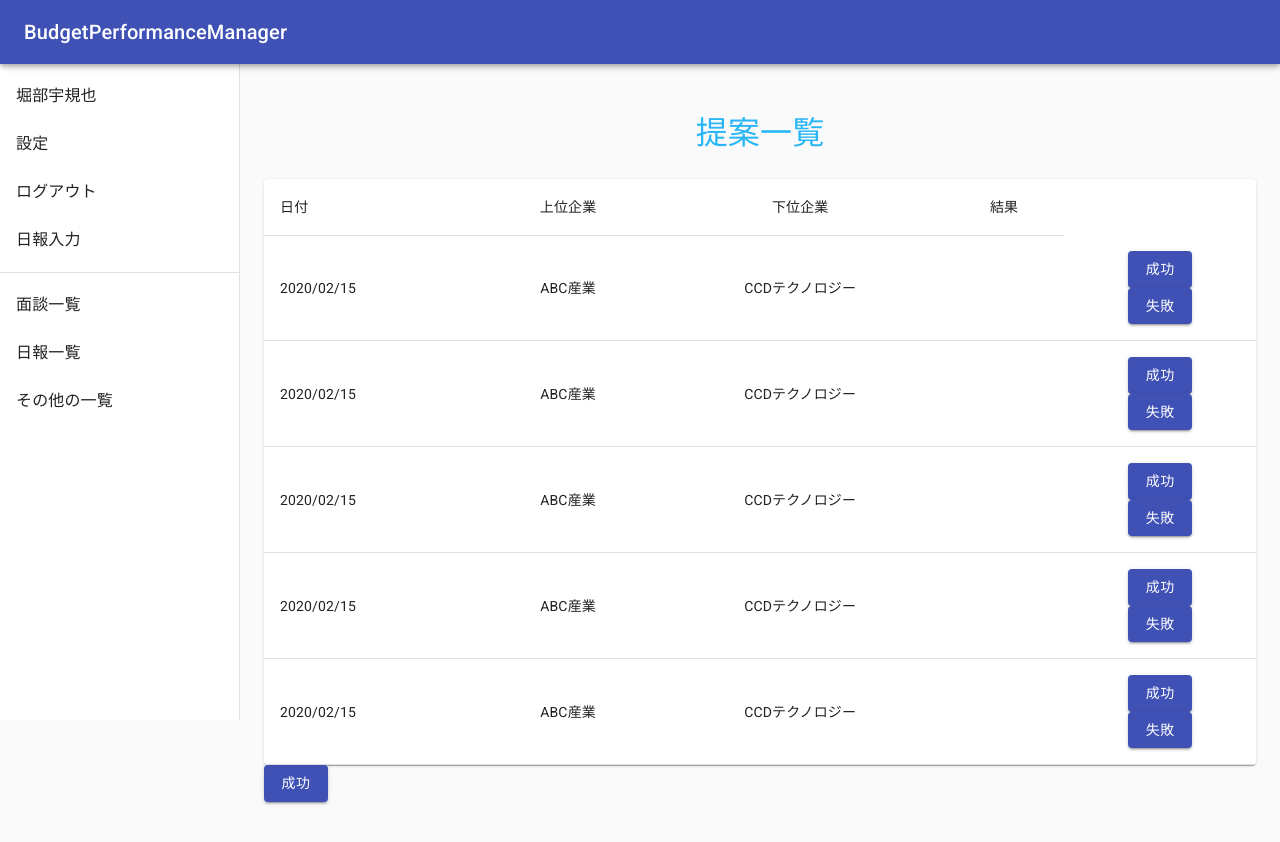
Repository: ukiyah/test
Page: / (app in src/)
An editor plug-in stored every save of this project. The page is shown before and after a run of saves, followed by the edit.
The browser window is 1280 px wide. The pictures show the whole page.
The project was rebuilt for these pictures with package versions that can differ from the ones it lists, and the page was loaded fresh each time. Also part of the build but not shown: src/material-dashboard-react.js, src/Navbars/ref_AdminNavbarLinks/customInputStyle.js, src/Navbars/ref_AdminNavbarLinks/CustomInput.js, src/Navbars/ref_AdminNavbarLinks/buttonStyle.js, src/Navbars/ref_AdminNavbarLinks/Button.js, src/Navbars/ref_AdminNavbarLinks/dropdownStyle.js, src/Navbars/ref_AdminNavbarLinks/headerLinksStyle.js, src/Navbars/AdminNavbarLinks.js and 4 more.

Above is the page before, as saved 2020-02-20 19:26:12.

After the next 4 saves:
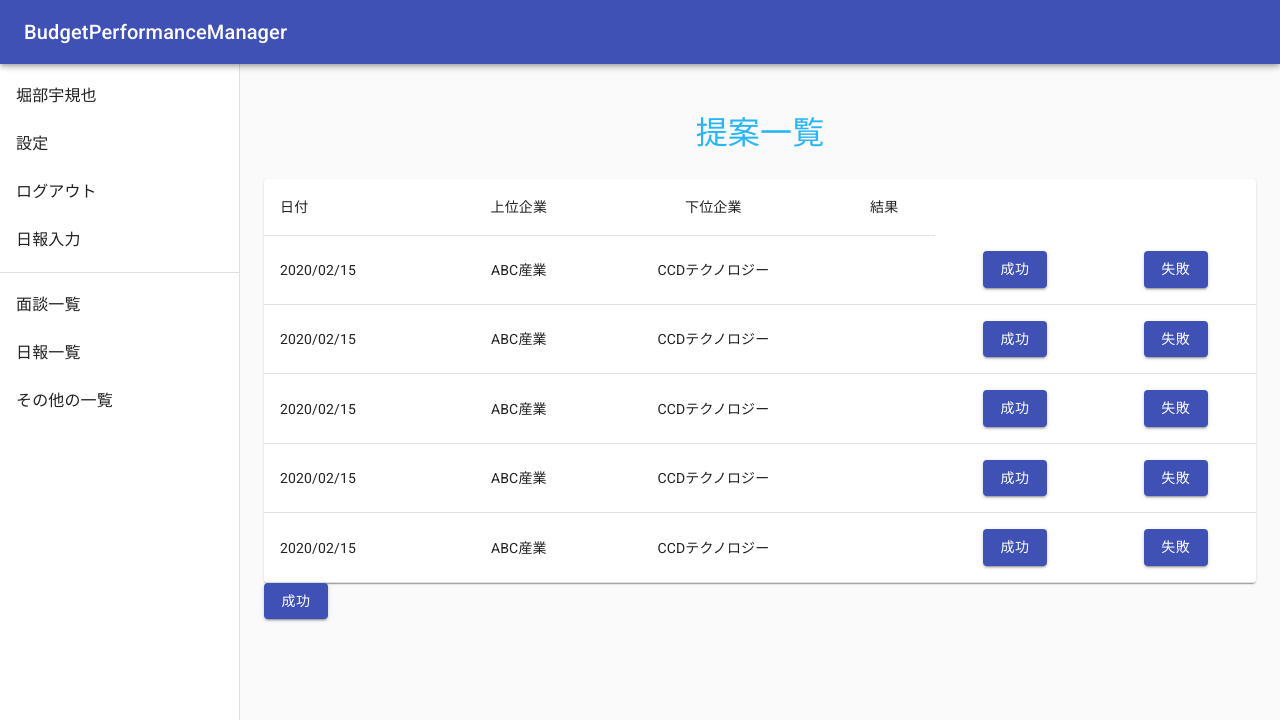
The 4 saves are shown as one change because 3 did not build or start.
The last was saved 3 min 50 s later.
--- a/src/Table.js
+++ b/src/Table.js
@@ -50,8 +50,8 @@ export default function SimpleTable() {
               <TableCell align="center">{row.calories}</TableCell>
               <TableCell align="center">{row.fat}</TableCell>
               <TableCell align="center">{row.carbs}</TableCell>
-              <TableCell align="center"><ContainedButtons name="成功"/><ContainedButtons name="失敗"/></TableCell>
-              {/* <TableCell align="center"><ContainedButtons name="失敗"/></TableCell> */}
+              <TableCell align="center"><ContainedButtons name="成功"/></TableCell>
+              <TableCell align="center"><ContainedButtons name="失敗"/></TableCell>
             </TableRow>
           ))}
         </TableBody>
